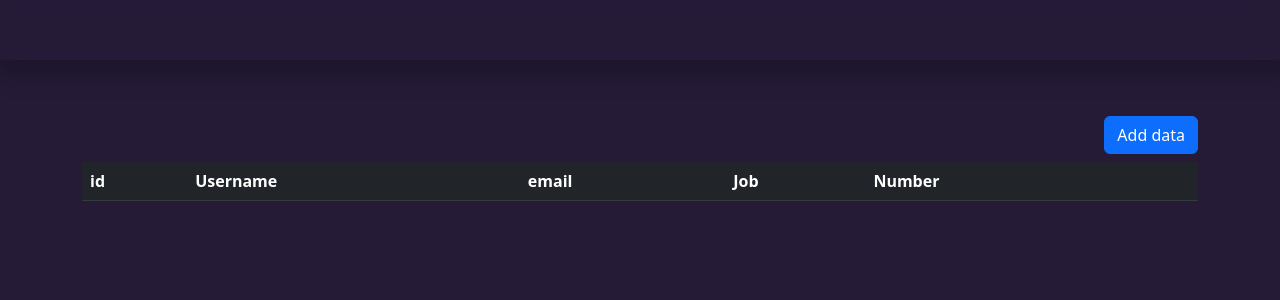
Repository: iamevs/Employee-Management-System
Page: /home (app in client/)
The author's editor kept a copy of each file at every save. The page is drawn from the files as they stood at one save, then again after the next save.
The browser window is 1280 px wide. The pictures show the whole page.
The page's requests for data from a server got no answer. The project was rebuilt for these pictures with package versions that can differ from the ones it lists, and the page was loaded fresh each time. No one was signed in, and anything a server would have sent is missing. Also part of the build but not shown: client/vite.config.js, client/src/components/Register.jsx, client/src/components/Edit.jsx, client/src/components/Hero.jsx. Imported but missing from the stored project, and not drawn on this page: client/src/components/Details.

Above is the page before, as saved 2022-11-28 23:25:22.

### client/index.html
<html lang="en">
  <head>
    <meta charset="UTF-8" />
    <link rel="icon" type="image/svg+xml" href="/vite.svg" />
    <meta name="viewport" content="width=device-width, initial-scale=1.0" />
    <title>employee-management</title>
  </head>
  <body>
    <div id="root"></div>
    <script type="module" src="/src/main.jsx"></script>
  </body>
</html>

### client/src/main.jsx
import React, { StrictMode } from 'react';
import ReactDOM from 'react-dom';
import { createRoot } from "react-dom/client";
import './index.css';
import App from './App';
import { BrowserRouter } from "react-router-dom"
import ContextProvider from "./components/context/ContextProvider";
// root.render(
//   <StrictMode>
//   <ContextProvider>
//     <BrowserRouter>
//       <App />
//     </BrowserRouter>
//   </ContextProvider>
//   </StrictMode>
//   ,
//   document.getElementById('root')
// );


createRoot(document.getElementById('root')).render(
  <ContextProvider>
    <BrowserRouter>
      <App />
    </BrowserRouter>
  </ContextProvider>
)

### client/src/index.css
body {
  margin: 0;
  font-family: -apple-system, BlinkMacSystemFont, 'Segoe UI', 'Roboto', 'Oxygen',
    'Ubuntu', 'Cantarell', 'Fira Sans', 'Droid Sans', 'Helvetica Neue',
    sans-serif;
  -webkit-font-smoothing: antialiased;
  -moz-osx-font-smoothing: grayscale;
  background-color: #251B37 !important;
  color: #fff !important;
}

code {
  font-family: source-code-pro, Menlo, Monaco, Consolas, 'Courier New',
    monospace;
}

.btns{
  display: flex;
  justify-content: space-between;
}

### client/src/App.jsx
import './App.css';
import "../node_modules/bootstrap/dist/css/bootstrap.min.css"
import "../node_modules/bootstrap/dist/js/bootstrap.bundle.min.js"
import Navbar from './components/Navbar';
import Home from './components/Home';
import Register from './components/Register';
import Edit from './components/Edit';
import Details from './components/Details';
import Hero from "./components/Hero.jsx";
import {Routes,Route} from "react-router-dom"




function App() {
  return (
   <>
    <Navbar />
    <Routes>
      <Route path="/" element={<Hero/>} />
      <Route  path="/home" element={<Home/>} />
      <Route exact path="/register" element={<Register/>} />
      <Route exact path="/edit/:id" element={<Edit/>} />
      <Route exact path="/view/:id" element={<Details/>} />
    </Routes>

   </>
  );
}

export default App;

### client/src/components/context/ContextProvider.jsx
import React, { createContext, useState } from 'react'


export const adddata = createContext("");
export const updatedata = createContext("");
export const deldata = createContext("");

const ContextProvider = ({ children }) => {

    const [udata, setUdata] = useState("");
    const [updata, setUPdata] = useState("");
    const [dltdata, setDLTdata] = useState("");


    return (
        <adddata.Provider value={{ udata, setUdata }}>
            <updatedata.Provider value={{ updata, setUPdata }}>
                <deldata.Provider value={{dltdata, setDLTdata}}>
                    {children}
                </deldata.Provider>

            </updatedata.Provider>

        </adddata.Provider>
    )
}

export default ContextProvider;

### client/src/App.css
.add_btn{
  text-align: right;
}

.container{
  overflow: auto;
}

.left_view h3{
  font-size: 21px;
}

.left_view p{
  font-weight: 600;
}

.left_view span{
  font-weight: 400;
}

.right_view p{
  font-weight: 600;
}


.right_view span{
  font-weight: 400;
}

### client/src/components/Navbar.jsx
import React from 'react'
import { NavLink } from 'react-router-dom'
import { Box, Stack } from "@mui/material";


const Navbar = () => {
    return (
        <Stack >
            <Box className="navbar navbar-expand-lg text-white" sx={{
                backgroundColor: "transparent",
                backdropFilter: "blur(10px) !important",
                position: "relative",
                color: "white",
                boxShadow: "4px 7px 20px 11px rgb(0 0 0 / 20%)",
                height: "60px",
            }}>
                <Box sx={{
                    fontSize: "20px",
                    textShadow: "3px 4px 12px #6c757d",
                    fontWeight: "bold",
                }}/>
            </Box>
        </Stack>
    )
}

export default Navbar

### client/src/components/Home.jsx
import React, { useState, useEffect, useContext } from 'react'
import RemoveRedEyeIcon from '@mui/icons-material/RemoveRedEye';
import CreateIcon from '@mui/icons-material/Create';
import DeleteOutlineIcon from '@mui/icons-material/DeleteOutline';
import { NavLink } from 'react-router-dom';
import { adddata, deldata } from './context/ContextProvider';
import { updatedata } from './context/ContextProvider'

var getuserlink = "http://localhost:8001/getusers";


const Home = () => {

    const [getuserdata, setUserdata] = useState([]);

    console.log(getuserdata);

    const { udata, setUdata } = useContext(adddata);

    const {updata, setUPdata} = useContext(updatedata);

    const {dltdata, setDLTdata} = useContext(deldata);

    const getdata = async () => {

        const res = await fetch(getuserlink, {
            method: "GET",
            headers: {
                "Content-Type": "application/json"
            }
        });

        const data = await res.json();
        console.log(data);

        if (res.status === 422 || !data) {
            console.log("error ");

        } else {
            setUserdata(data)
            console.log("get data");

        }
    }

    useEffect(() => {
        getdata();
    }, [])

    const deleteuser = async (id) => {

        const res2 = await fetch(`/deleteuser/${id}`, {
            method: "DELETE",
            headers: {
                "Content-Type": "application/json"
            }
        });

        const deletedata = await res2.json();
        console.log(deletedata);

        if (res2.status === 422 || !deletedata) {
            console.log("error");
        } else {
            console.log("user deleted");
            setDLTdata(deletedata)
            getdata();
        }

    }


    return (

        <>
            {
                udata ?
                    <>
                        <div className="alert alert-success alert-dismissible fade show" role="alert">
                            <strong>{udata.name}</strong>  added succesfully!
                            <button type="button" className="btn-close" data-bs-dismiss="alert" aria-label="Close"></button>
                        </div>
                    </> : ""
            }
            {
                updata ?
                    <>
                        <div className="alert alert-success alert-dismissible fade show" role="alert">
                            <strong>{updata.name}</strong>  updated succesfully!
                            <button type="button" className="btn-close" data-bs-dismiss="alert" aria-label="Close"></button>
                        </div>
                    </> : ""
            }

            {
                dltdata ?
                    <>
                        <div className="alert alert-danger alert-dismissible fade show" role="alert">
                            <strong>{dltdata.name}</strong>  deleted succesfully!
                            <button type="button" className="btn-close" data-bs-dismiss="alert" aria-label="Close"></button>
                        </div>
                    </> : ""
            }


            <div className="mt-5">
                <div className="container">
                    <div className="add_btn mt-2 mb-2">
                        <NavLink to="/register" className="btn btn-primary">Add data</NavLink>
                    </div>

                    <table class="table">
                        <thead>
                            <tr className="table-dark">
                                <th scope="col">id</th>
                                <th scope="col">Username</th>
                                <th scope="col">email</th>
                                <th scope="col">Job</th>
                                <th scope="col">Number</th>
                                <th scope="col"></th>
                            </tr>
                        </thead>
                        <tbody>

                            {
                                getuserdata.map((val, ind) => {
                                    return (
                                        <tr>
                                            <th scope="row">{ind + 1}</th>
                                            <td>{val.name}</td>
                                            <td>{val.email}</td>
                                            <td>{val.work}</td>
                                            <td>{val.mobile}</td>
                                            <td className='btns'>
                                                <NavLink to={`/view/${val._id}`} className="btn btn-primary"><RemoveRedEyeIcon /></NavLink>
                                                <NavLink to={`/update/${val._id}`} className="btn btn-success"><CreateIcon /></NavLink>
                                                <button onClick={() => deleteuser(val._id)} className="btn btn-danger"><DeleteOutlineIcon /></button>
                                            </td>
                                        </tr>
                                    )
                                })
                            }
                        </tbody>
                    </table>


                </div>
            </div>
        </>
    )
}

export default Home

After the next save:
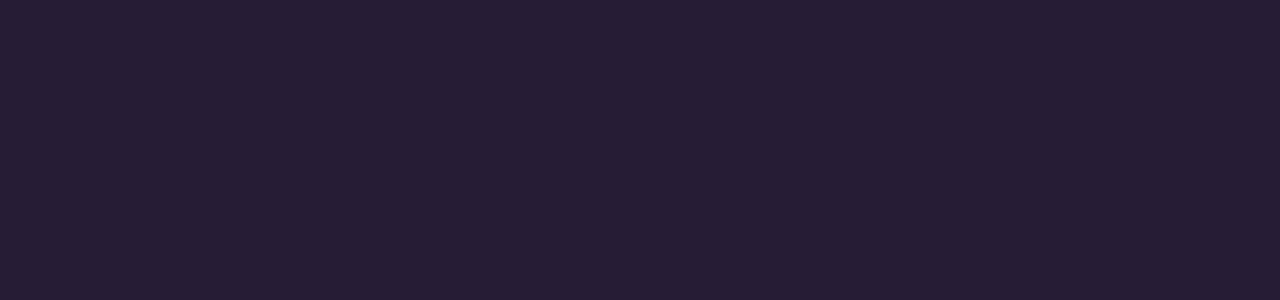
Console error (its wording comes from the project's code and is left out).
Saved 13 s later.
--- a/client/src/components/Navbar.jsx
+++ b/client/src/components/Navbar.jsx
@@ -15,6 +15,7 @@
                 height: "60px",
             }}>
                 <Box sx={{
+                    content: "EMD",
                     fontSize: "20px",
                     textShadow: "3px 4px 12px #6c757d",
                     fontWeight: "bold",

After the save that followed:
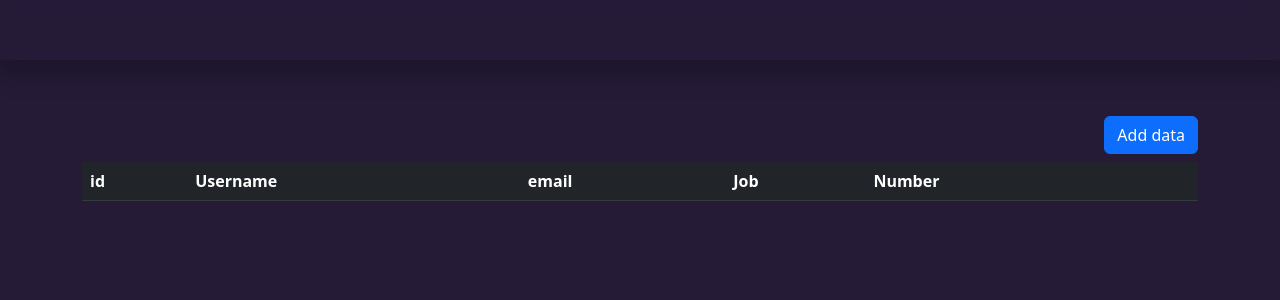
The error is gone.
Saved 6 s later.
--- a/client/src/components/Navbar.jsx
+++ b/client/src/components/Navbar.jsx
@@ -15,7 +15,6 @@
                 height: "60px",
             }}>
                 <Box sx={{
-                    content: "EMD",
                     fontSize: "20px",
                     textShadow: "3px 4px 12px #6c757d",
                     fontWeight: "bold",
